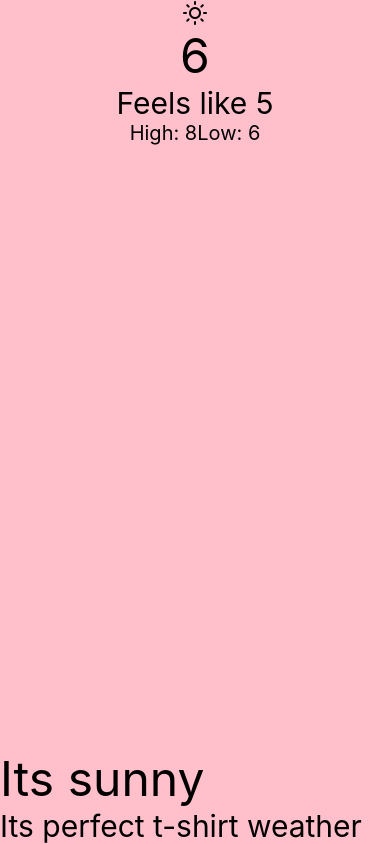
Repository: akinmiday/fcc
Screen: / (app in WeatherApp/)
These files come from the project's save history. The screen is drawn as it stood at one moment and after the next save; the edit follows.
The app was drawn by React Native's web renderer in a window 390 px wide. The project was rebuilt for these pictures with package versions that can differ from the ones it lists, and the page was loaded fresh each time.

Above is the screen before, as saved 2023-07-18 07:26:34.

### WeatherApp/App.js
import React from "react";
import { View, Text, SafeAreaView, StyleSheet } from "react-native";
import { Feather } from '@expo/vector-icons';

const App = () =>{
  return(
   <SafeAreaView style={styles.wrapper} >
     <View style={styles.container} >
     <Feather name="sun" size={24} color="black" />
      <Text style={styles.temp} >6</Text>
      <Text style={styles.feels} >Feels like 5</Text>
      <View style={styles.highLowWrapper} >
        <Text style={styles.highLow} >High: 8</Text>
        <Text style={styles.highLow} >Low: 6</Text>
      </View>
     </View>
     <View style={styles.bodyWrapper} >
        <Text style={styles.description} >Its sunny</Text>
        <Text style={styles.message} >Its perfect t-shirt weather</Text>
      </View>
   </SafeAreaView>
  )
}

const styles= StyleSheet.create({
  wrapper:{
    flex:1,
    backgroundColor: 'pink'
  },
  container:{
    flex:1,
    alignItems: 'center'
  },
  temp:{
    color:'black',
    fontSize:48
  },
  feels:{
    fontSize: 30,
    color:'black'
  },
  highLow:{
    color:'black',
    fontSize: 20
  },
  highLowWrapper:{
    flexDirection: 'row'
  },
  bodyWrapper:{
    justifyContent: 'flex-end',
    alignItems: 'flex-start'
  },
  description:{
    fontSize:48
  },
  message:{
    fontSize:30
  }
})

export default App

After the next save:
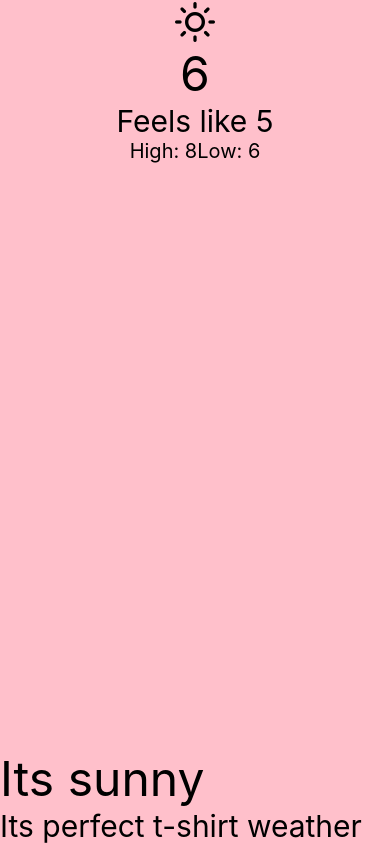
Saved 14 s later.
--- a/WeatherApp/App.js
+++ b/WeatherApp/App.js
@@ -6,7 +6,7 @@ const App = () =>{
   return(
    <SafeAreaView style={styles.wrapper} >
      <View style={styles.container} >
-     <Feather name="sun" size={24} color="black" />
+     <Feather name="sun" size={40} color="black" />
       <Text style={styles.temp} >6</Text>
       <Text style={styles.feels} >Feels like 5</Text>
       <View style={styles.highLowWrapper} >
